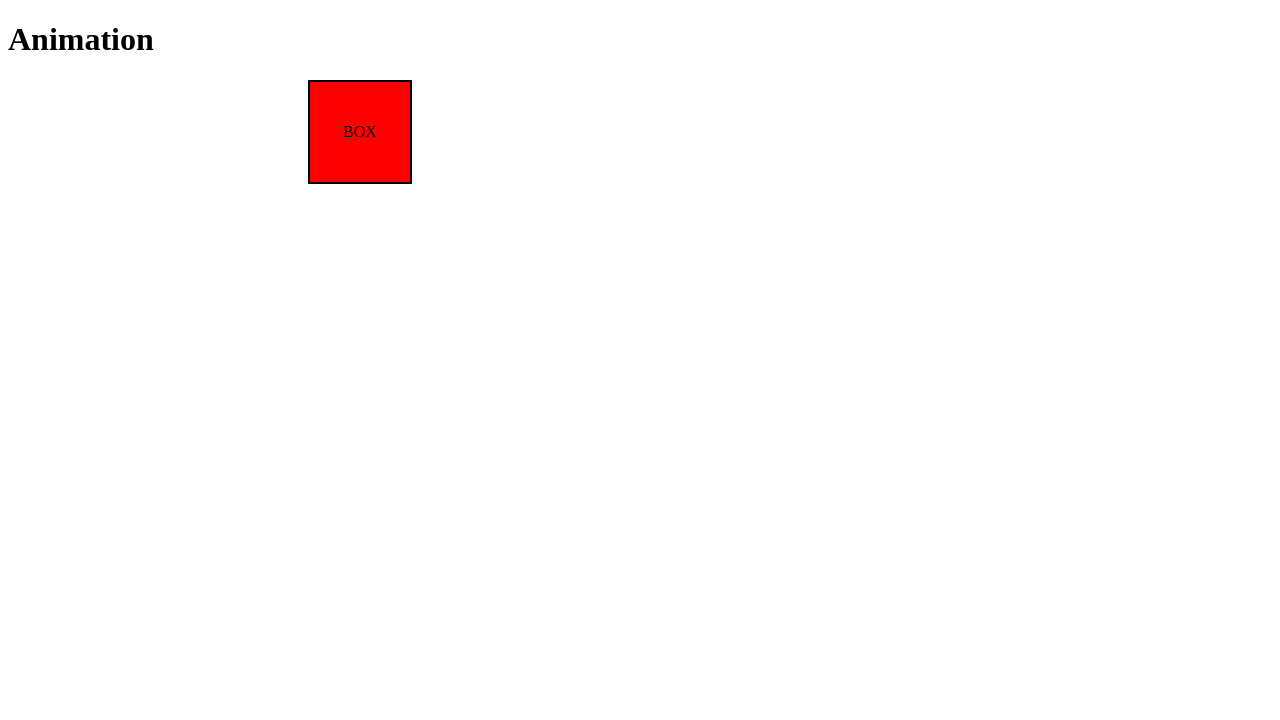
Repository: ggandory/interactiveweb
Page: Interactive_section1-transform/03-animation.html
An editor plug-in stored every save of this project. The page is shown before and after the next save, followed by the edit.
The browser window is 1280 px wide. The pictures show the whole page.

Above is the page before, as saved 2024-10-07 13:29:49.

After the next save:
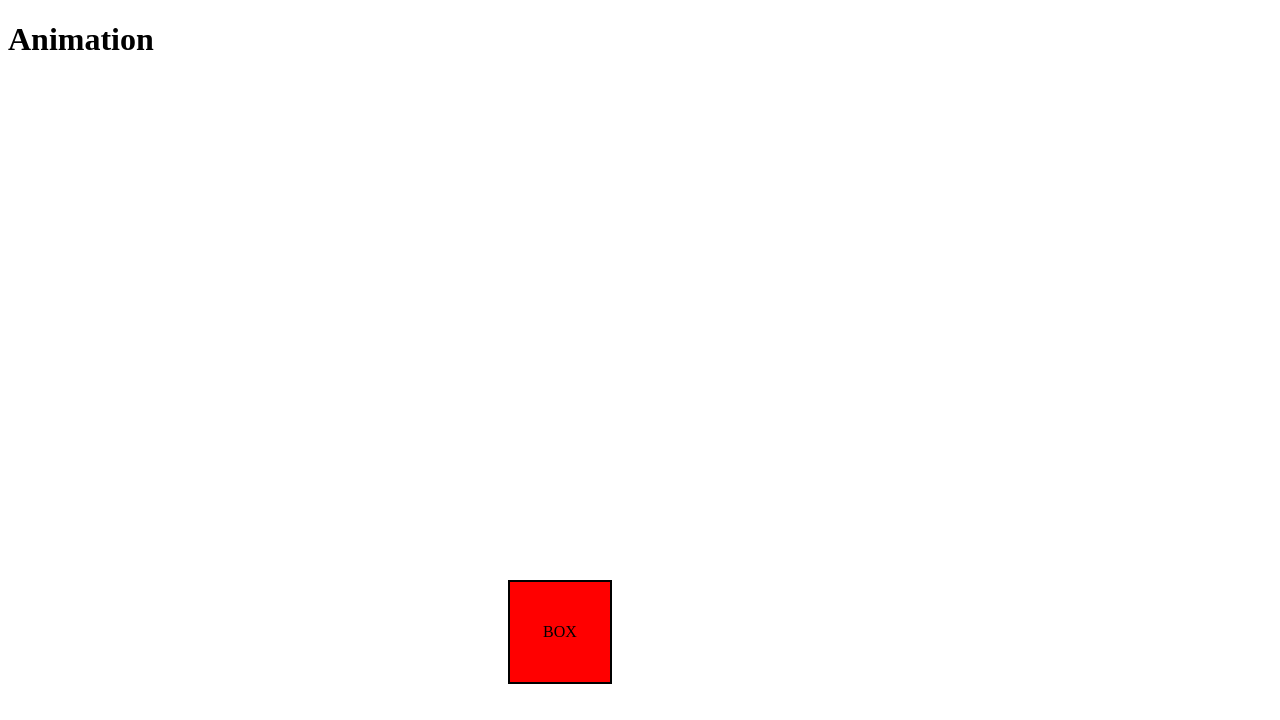
Saved 2 min 26 s later.
--- a/Interactive_section1-transform/03-animation.html
+++ b/Interactive_section1-transform/03-animation.html
@@ -12,13 +12,23 @@
                 transform: translate(0, 0);
             }
 
+            25% {
+                background: red;
+                transform: translate(300px, 300px);
+            }
+
             50% {
                 background: red;
-                transform: translate(300px, 0);
+                transform: translate(500px, 500px);
+            }
+
+            75% {
+                background: red;
+                transform: translate(300px, 300px);
             }
 
             100% {
-                transform: translate(400px, 500px);
+                transform: translate(0px, 0px);
             }
         }
 
